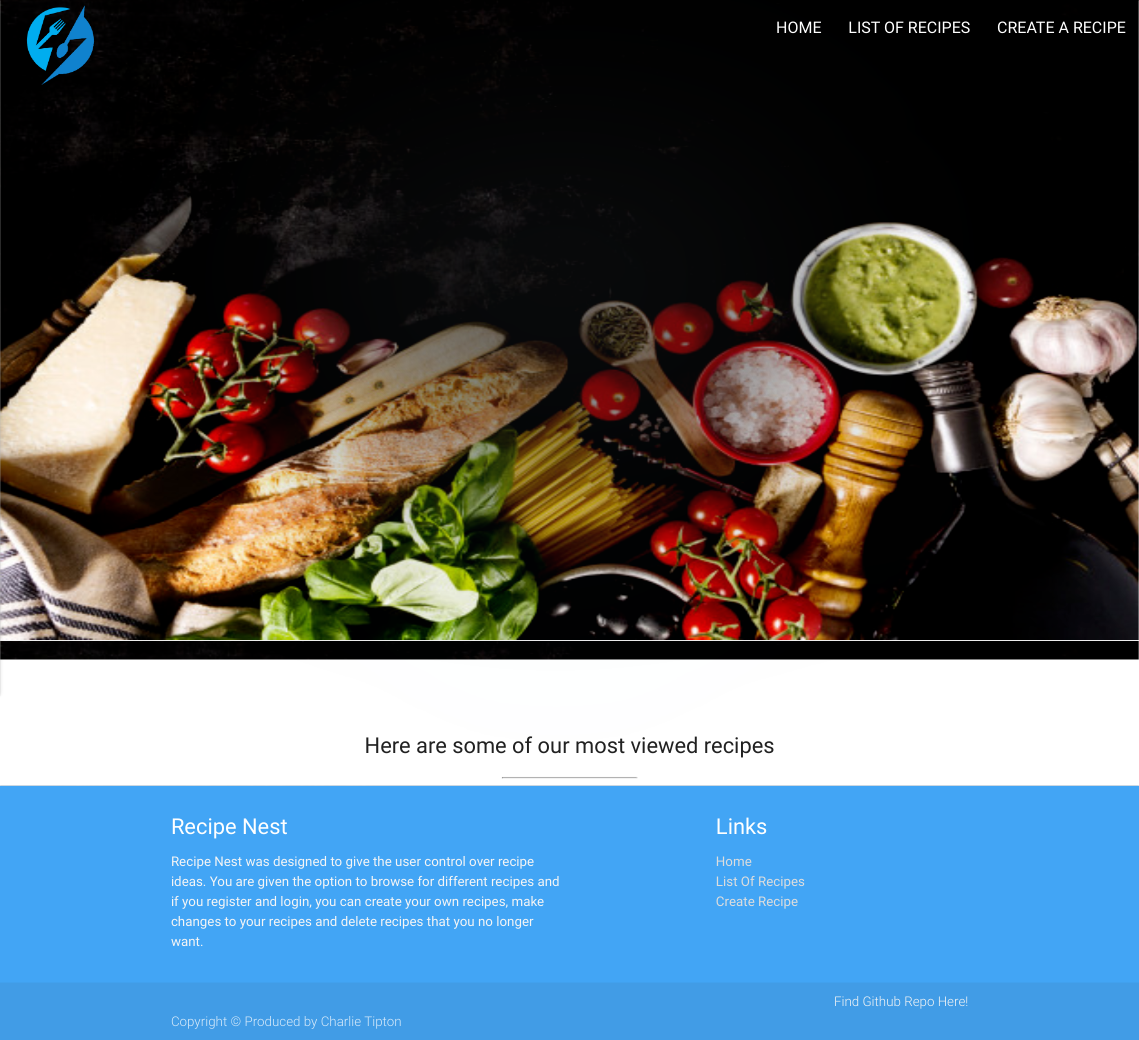
Repository: CharlieJT/Recipes
Page: http://localhost/
The author's editor kept a record of every edit. The page is drawn from the files as they stood at one moment, then again after the next edit.
The browser window is 1280 px wide. The pictures show the whole page, at 89% of full size.
Backgrounds fixed to the window are drawn as part of the page. Some web libraries are served in a nearby version. The page is served by the project's application, run on Flask 3 (app.py). Queries for data that is not in the repository find no rows.

Above is the page before.

After the next edit:
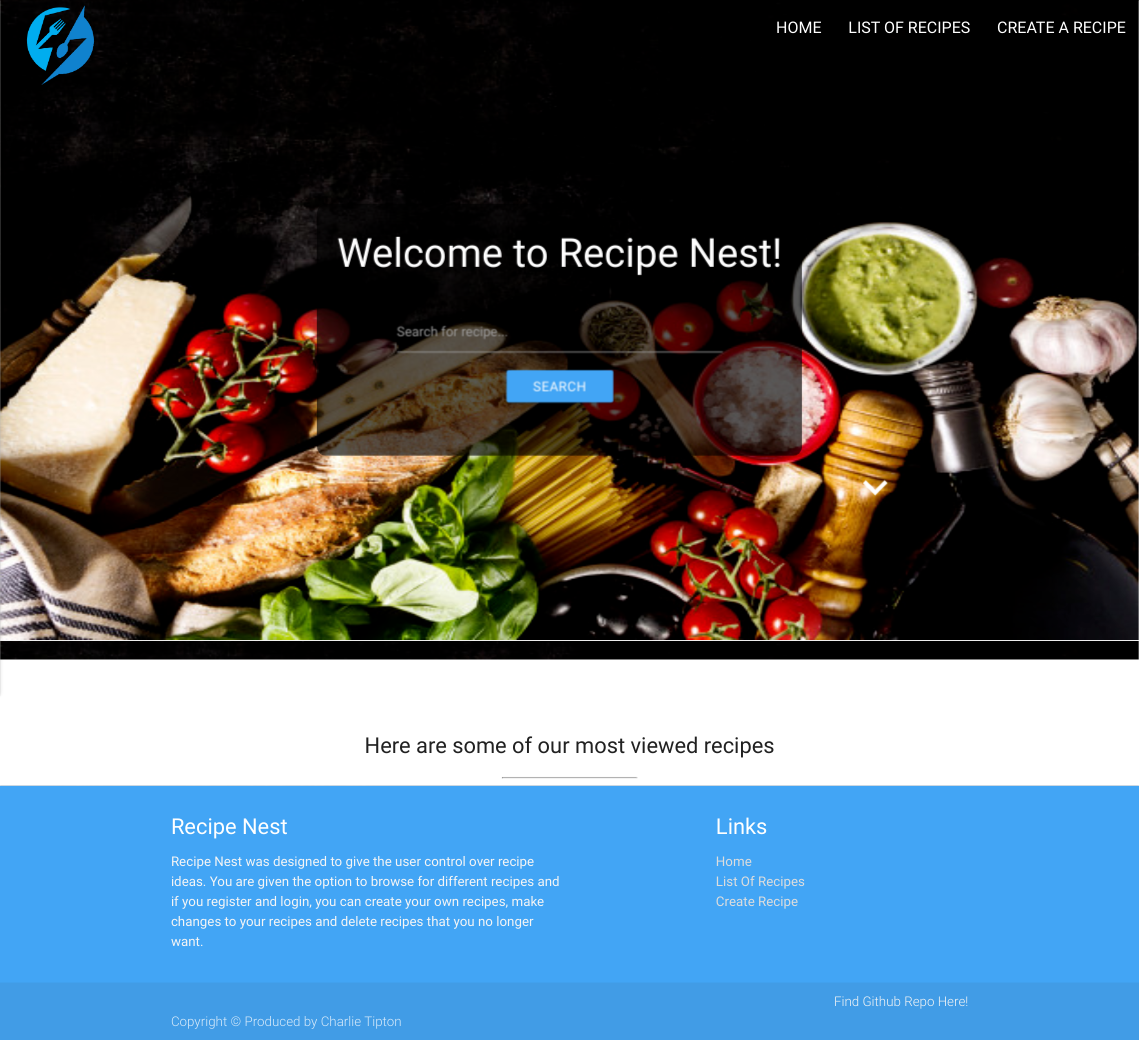
The edit:
--- a/static/css/index.css
+++ b/static/css/index.css
@@ -251,6 +251,8 @@
         filter: blur(100px);
     }
     to {
+
         opacity: 1;
-    }
-}
+        filter: blur(0px);
+    }
+}
